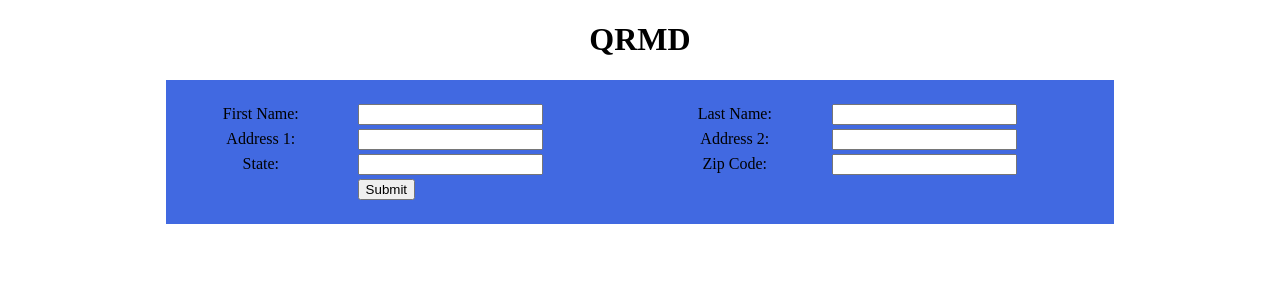
Repository: ImPickleRiiicck/QRMD
Page: http://localhost/QRMD/Pages/PatientInfoScreen.jsp
These files come from the project's save history. The page is drawn as it stood at one moment and after the next save; the edit follows.
The browser window is 1280 px wide. The pictures show the whole page.
The page is served by Tomcat 9. Other server files are loaded and not shown.

Above is the page before, as saved 2019-02-13 03:50:12.

### QRMD/WebContent/Pages/PatientInfoScreen.jsp
<%@ page language="java" contentType="text/html; charset=ISO-8859-1"
    pageEncoding="ISO-8859-1"%>
<!DOCTYPE html>
<html>
<head>
<meta charset="ISO-8859-1">
<title>QRMD</title>
</head>
            <body>
                <font color="black" size="3">
                    <div align="center">
                        <h1>QRMD</h1>
                        <form action="qrmdForm" method="post">
                            <table style="background-color: royalblue" align="center" width="75%" border="0" cellspacing="0" cellpadding="2">
                                <tr>
                                    <td width="20%">&nbsp;</td>
                                    <td width="30%">&nbsp;</td>
                                    <td width="20%">&nbsp;</td>
                                    <td width="30%">&nbsp;</td>
                                </tr>
                                <tr>
                                    <td align="center">First Name: </td>
                                    <td><input type="text" name="firstName"></td>
                                    <td align="center">Last Name: </td>
                                    <td><input type="text" name="lastName"></td>
                                </tr>
                                <tr>
                                    <td align="center">Address 1: </td>
                                    <td><input type="text" name="address1"></td>
                                    <td align="center">Address 2: </td>
                                    <td><input type="text" name="address2"></td>
                                </tr>
                                <tr>
                                    <td align="center">State: </td>
                                    <td><input type="text" name="state"></td>
                                    <td align="center">Zip Code: </td>
                                    <td><input type="text" name="zipCode"></td>
                                </tr>
                                <tr>
                                    <td>&nbsp;</td>
                                    <td><input type="submit" name="submit" value="Submit" onClick="submit"></td>
                                    <td>&nbsp;</td>
                                    <td>&nbsp;</td>
                                </tr>
                                <tr>
                                    <td>&nbsp;</td>
                                    <td>&nbsp;</td>
                                </tr>
                                </table>
                                </form>
                        </div>
                </font>
            </body>
</html>

After the next save:
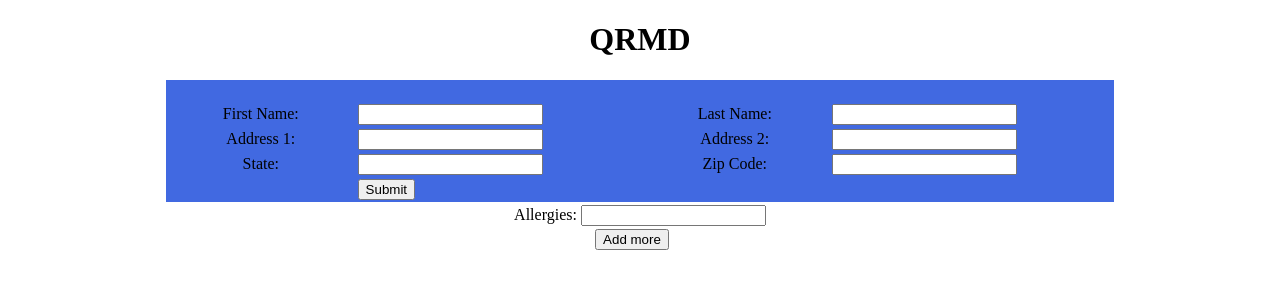
Console error: SyntaxError: missing ) after argument list
Saved 15 h 51 min later.
--- a/QRMD/WebContent/Pages/PatientInfoScreen.jsp
+++ b/QRMD/WebContent/Pages/PatientInfoScreen.jsp
@@ -5,6 +5,33 @@
 <head>
 <meta charset="ISO-8859-1">
 <title>QRMD</title>
+<script lang="javascript">
+	function addRow(tableId)
+	{
+		var table = document.getElementById(tableId);
+		var rowCount = table.rows.length;
+		var row = table.insertRow(rowCount);
+		var counts = rowCount-1;
+
+		var cell1 = row.insertCell(0);
+		var firstCell = document.createElement("&nbsp;");
+		cell1.appendChild(firstCell);
+
+		var cell2 = row.insertCell(1);
+		cell1.appendChild("Allergies:"");
+
+		var cell3 = row.insertCell(2);
+		var thirdCell = document.createElement("input");
+		thirdCell.type = "text";
+		thirdCell.name = "allergies[" + counts "]"
+		cell1.appendChild(thirdCell);
+
+		var cell4 = row.insertCell(3);
+		var fourthell = document.createElement("&nbsp;");
+		cell1.appendChild(fourthCell);
+	}
+</script>
+
 </head>
             <body>
                 <font color="black" size="3">
@@ -37,11 +64,19 @@
                                     <td><input type="text" name="zipCode"></td>
                                 </tr>
                                 <tr>
-                                    <td>&nbsp;</td>
+                                	<td>&nbsp;</td>
                                     <td><input type="submit" name="submit" value="Submit" onClick="submit"></td>
                                     <td>&nbsp;</td>
                                     <td>&nbsp;</td>
                                 </tr>
+                                	<table id="allergiesTable">
+                                		<tr>
+                                			<td>&nbsp;</td>
+                                			<td>Allergies:</td>
+                                			<td><input type="text" name="allergies[0]"/></td>
+                                			<td>&nbsp;</td>
+                                	</table>
+                                	<input type="button" value="Add more" onclick="addRow('allergiesTable')" />
                                 <tr>
                                     <td>&nbsp;</td>
                                     <td>&nbsp;</td>
